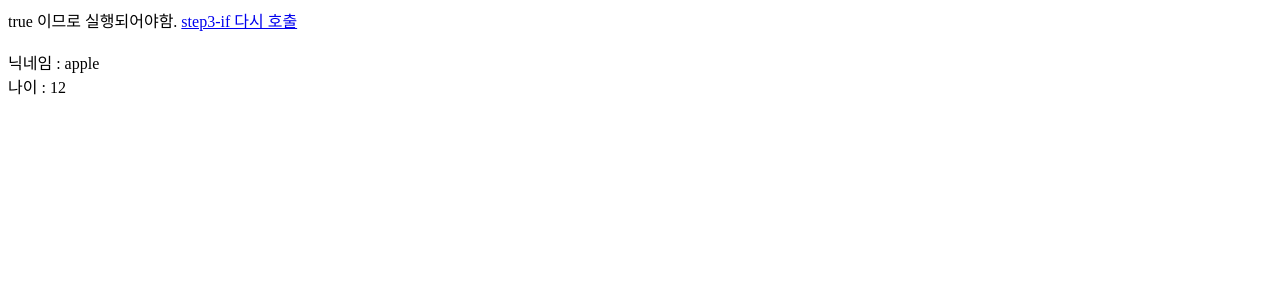
Repository: doridori890130/JSP
Page: http://localhost/jstl_study/step3-if.jsp?age=12&nick=apple
An editor plug-in stored every save of this project. The page is shown before and after the next save, followed by the edit.
The browser window is 1280 px wide. The pictures show the whole page.
The page is served by Tomcat 9.

Above is the page before, as saved 2023-05-09 08:05:31.

After the next save:
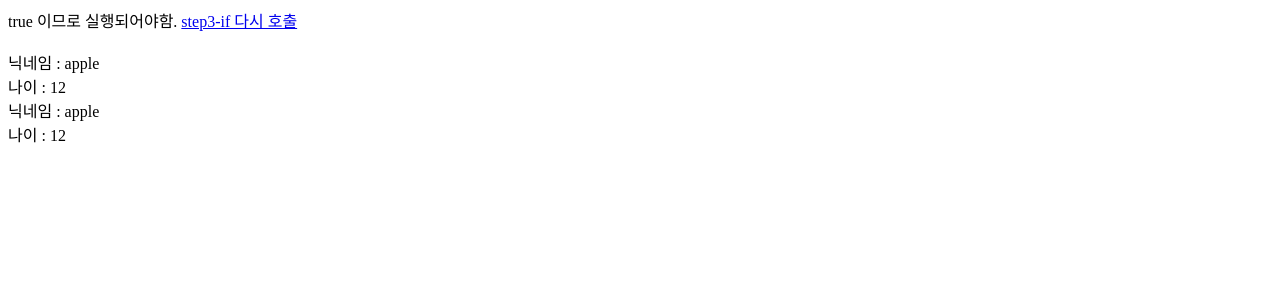
Saved 15 s later.
--- a/jstl_project/jstl_study/src/main/webapp/step3-if.jsp
+++ b/jstl_project/jstl_study/src/main/webapp/step3-if.jsp
@@ -21,7 +21,7 @@
 	나이 : ${param.age } <br>
 
 	<!-- age 가 5를 초과 -->
-	<c:if test="${param.age lt 5 }">
+	<c:if test="${param.age > 5 }">
 		닉네임 : ${param.nick } <br>
 		나이 : ${param.age } <br>
 	</c:if>

After the save that followed:
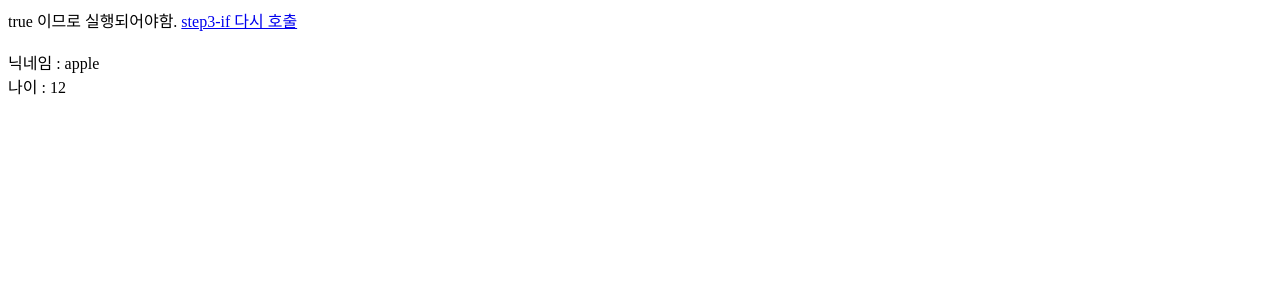
Saved 15 s later.
--- a/jstl_project/jstl_study/src/main/webapp/step3-if.jsp
+++ b/jstl_project/jstl_study/src/main/webapp/step3-if.jsp
@@ -21,7 +21,7 @@
 	나이 : ${param.age } <br>
 
 	<!-- age 가 5를 초과 -->
-	<c:if test="${param.age > 5 }">
+	<c:if test="${param.age < 5 }">
 		닉네임 : ${param.nick } <br>
 		나이 : ${param.age } <br>
 	</c:if>
